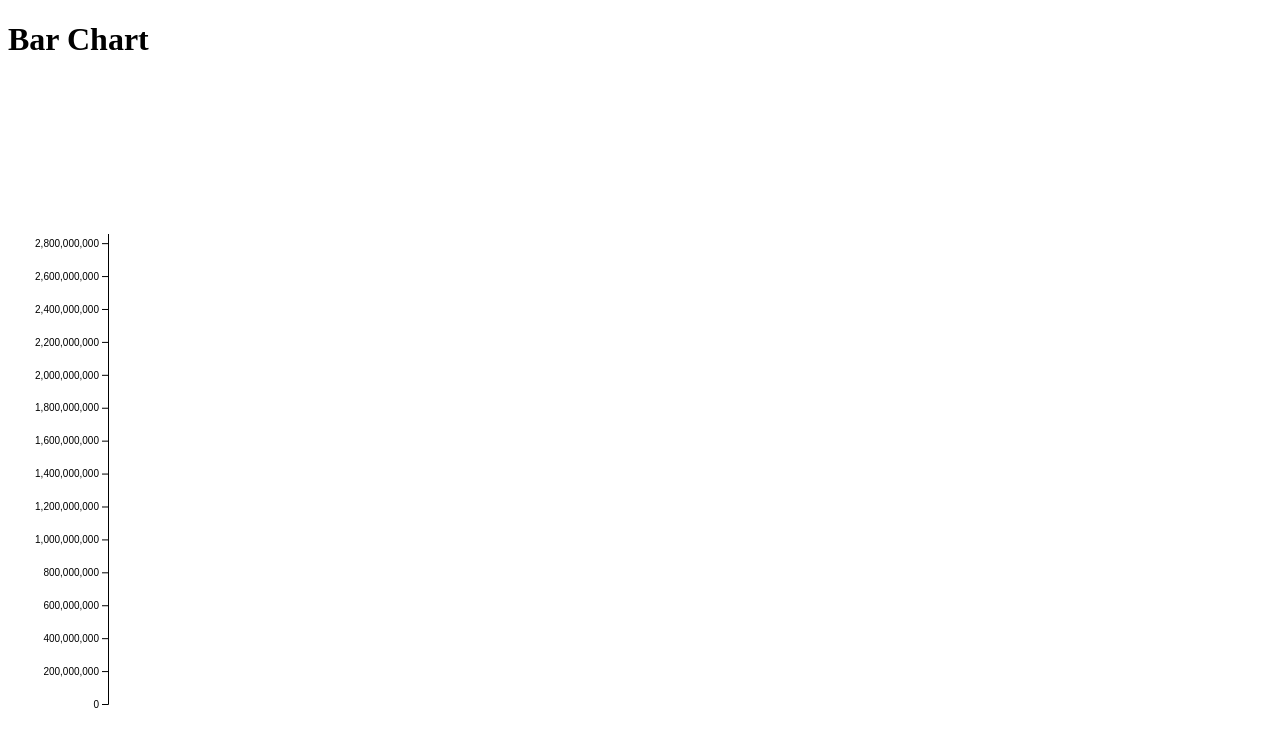
Repository: komalharjani/d3js-visualisation
Page: index.html
The author's editor kept a copy of each file at every save. The page is drawn from the files as they stood at one save, then again after the next save.
The browser window is 1280 px wide. The pictures show the whole page.

Above is the page before, as saved 2020-04-29 18:23:44.

### index.html
<!DOCTYPE html>
<html lang="en">
<head>
    <meta charset="UTF-8">
    <meta name="viewport" content="width=device-width, initial-scale=1.0">
    <title>Information Visualisation Practical 3</title>
</head>
<body>
    <div id="barChart"></div>
    <h1>Bar Chart</h1>
    <svg></svg>

</body>
<script src="https://d3js.org/d3.v5.min.js"></script>
<script src="index.js"></script>
</html>

### index.js

let dataPath = "data/energy.csv";
d3.csv(dataPath)
        .then(function (data) {

                let finals = [];

                //Filter Data into new object
                for (let i = 0; i < data.length; i++) {
                        if (data[i].region == "Combined" && data[i].year == 1990) {
                                finals.push({
                                        amount: parseInt(data[i].amount),
                                        type: data[i].type,
                                })
                        }
                }
                console.log(finals);

                let width = 1000;
                let height = 500;
                let margin = {
                        top: 20,
                        right: 20,
                        bottom: 20,
                        left: 50
                };
                let barwidth = (width / finals.length);

                //Append to HTML Document
                let svg = d3.select("body")
                        .append("svg")
                        .attr("height", height)
                        .attr("width", width);

                //Scales
                let xscale = d3.scaleLinear()
                        .domain([0, d3.max(finals, d => d.amount)])
                        .range([0, width]);

                let yscale = d3.scaleLinear()
                        .domain([0, d3.max(finals, d => d.amount)])
                        .range([height, 0]);

                // text scales
                // let yscale = d3.scaleBand()
                // .domain(data.map(d => d.type))
                // .range(0, width);

                //Axis

                let y_axis = d3.axisLeft()
                        .scale(yscale);

                svg.append("g")
                        .attr("transform", "translate(100,-30)")
                        .call(y_axis)


                //X Axis
                // let x_axis = d3.axisBottom()
                //         .scale(xscale);
                // let xAxisTranslate = height - 30;
                // svg.append("g")
                //         .attr("transform", "translate(100, " + xAxisTranslate + ")")
                //         .call(x_axis)

                //Barchart
                let barChart = svg.selectAll("rect") //add rectangles to all data
                        .data(finals) //provide finals as dataset
                        .enter()
                        .append("rect")
                        .attr("y", function (d) {
                                return height - xscale(d.amount);
                        })
                        .attr("height", function (d) {
                                return xscale(d.amount);
                        })
                        .attr("width", barwidth - 30)
                        //problem is here with displaying axis and
                        .attr("transform", function (d, i) {
                                let translate = [barwidth * i,-30];
                                return "translate(" + translate + ")";
                        })
                        .attr("fill", 'black');

                // Barchart Text
                // let text = svg.selectAll("text")
                //         .data(finals)
                //         .enter()
                //         .append("text")
                //         .text(function (d) {
                //                 return d.amount;
                //         })
                //         .attr("y", function (d, i) {
                //                 return height - xscale(d.amount) - 2;
                //         })
                //         .attr("x", function (d, i) {
                //                 return barwidth * i - 30;
                //         })

        });

After the next save:
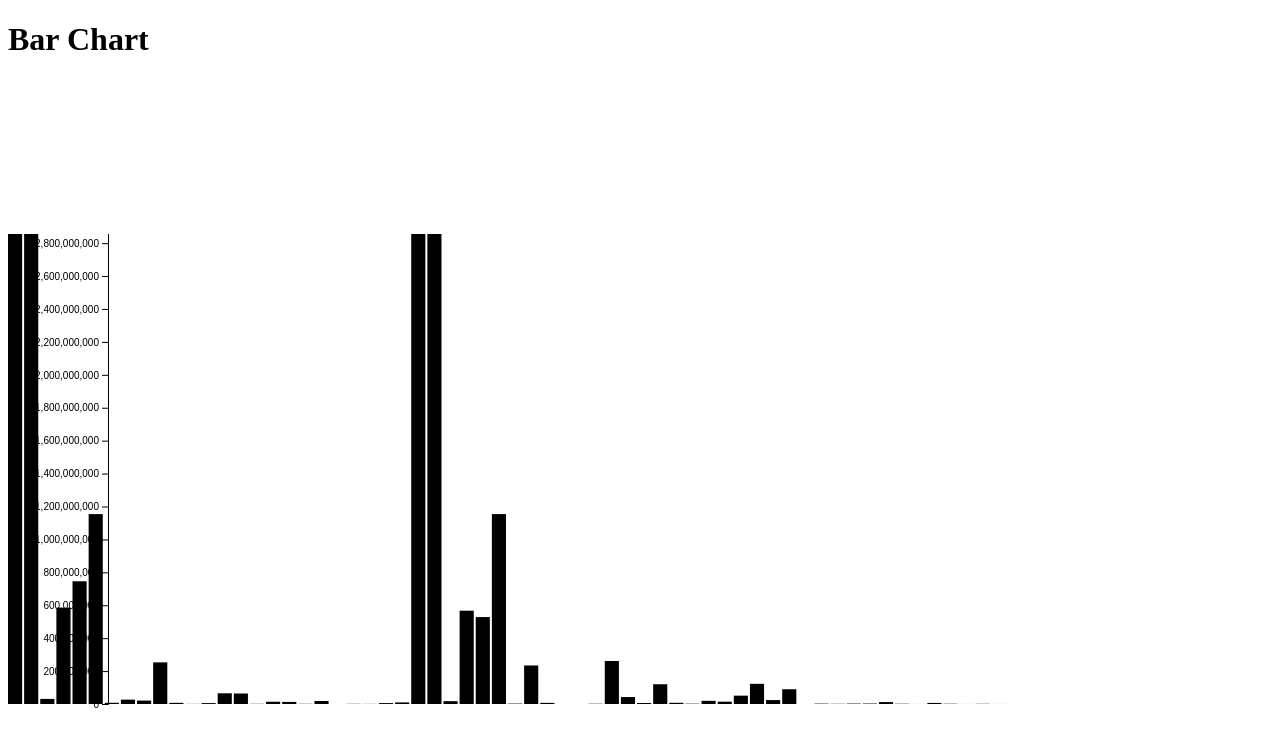
Saved 6 s later.
--- a/index.js
+++ b/index.js
@@ -75,7 +75,7 @@ d3.csv(dataPath)
                         .attr("height", function (d) {
                                 return xscale(d.amount);
                         })
-                        .attr("width", barwidth - 30)
+                        .attr("width", barwidth - 2)
                         //problem is here with displaying axis and
                         .attr("transform", function (d, i) {
                                 let translate = [barwidth * i,-30];
